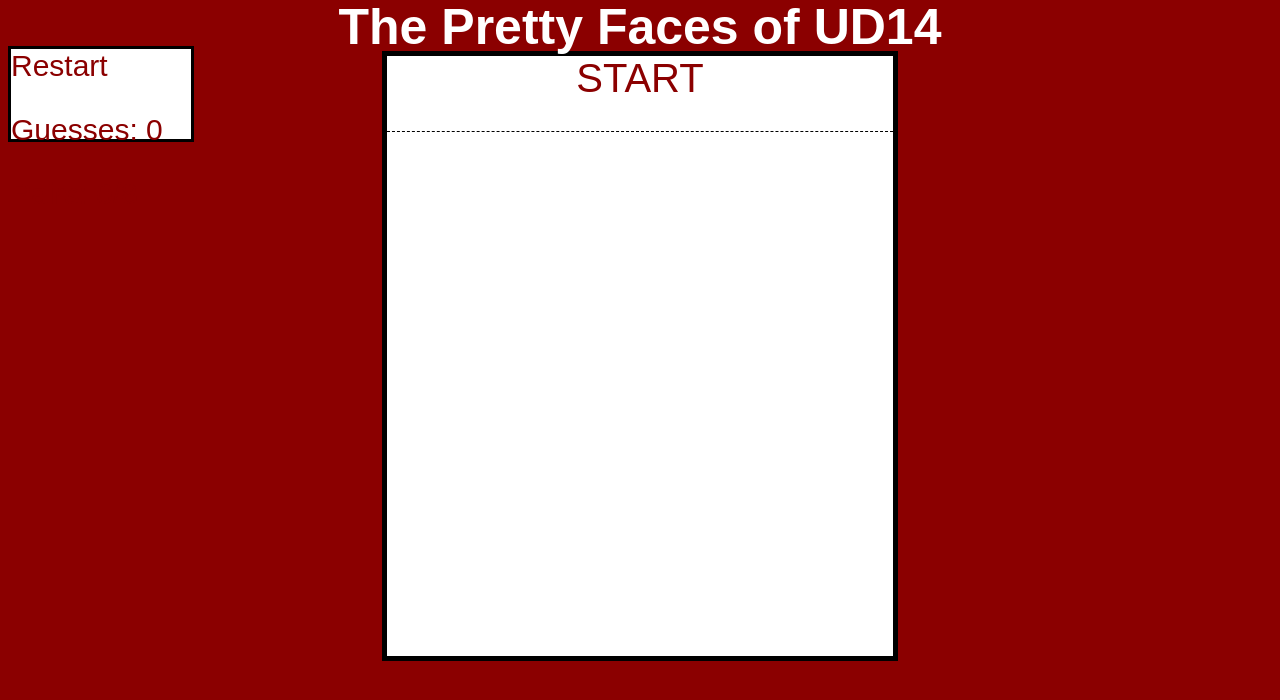
Repository: fr222cy/1dv403-JavaScript-L01
Page: 3-gameon/memory/index.html
The author's editor kept a record of every edit. The page is drawn from the files as they stood at one moment, then again after the next edit.
The browser window is 1280 px wide. The pictures show the whole page.

Above is the page before.
Console error: SyntaxError: missing ) after argument list

After the next edit:
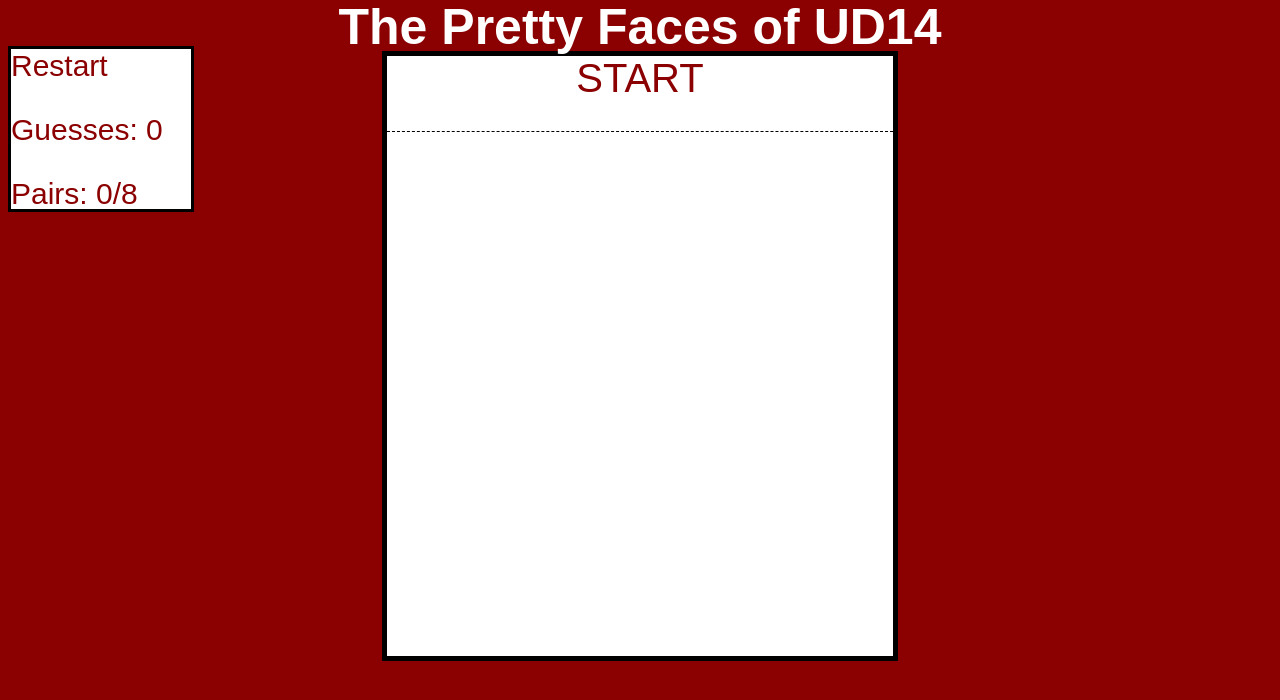
The edit:
--- a/3-gameon/memory/style.css
+++ b/3-gameon/memory/style.css
@@ -35,7 +35,7 @@
     color:darkRed;
     font-family:Arial, Helvetica, sans-serif;
     font-size:30px;
-    height:90px;
+    height:160px;
     width:180px;
     border: 3px solid black;
     background-color:white;
